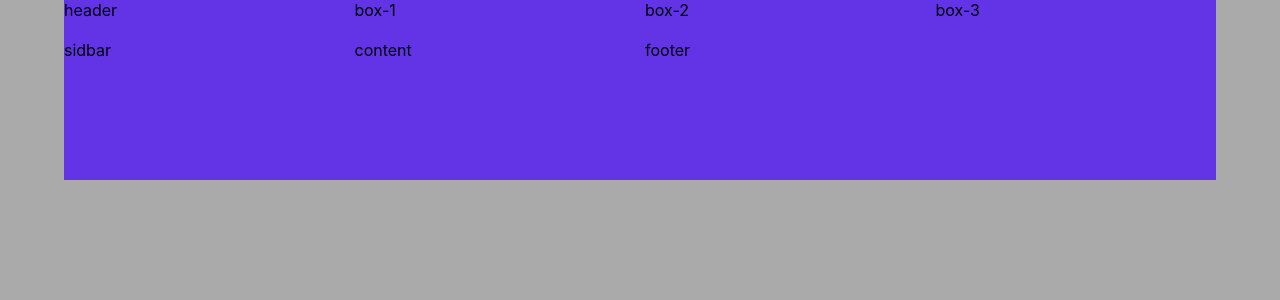
Repository: SD-Mdouka/project_step
Page: /
The author's editor kept a copy of each file at every save. The page is drawn from the files as they stood at one save, then again after the next save.
The browser window is 1280 px wide. The pictures show the whole page.
The project was rebuilt for these pictures with package versions that can differ from the ones it lists, and the page was loaded fresh each time.

Above is the page before, as saved 2022-09-07 12:26:02.

### src/index.js
import React from "react";
import ReactDOM from "react-dom/client";
import "./index.css";
import App from "./Grid";
// import { AppBar, Toolbar, Typography } from "@material-ui/core";

const root = ReactDOM.createRoot(document.getElementById("root"));
root.render(
  <React.StrictMode>
    {/* <AppBar>
      <Toolbar>
        <Typography varient="h6">React app</Typography>
      </Toolbar>
    </AppBar> */}
    <App />
  </React.StrictMode>
);

### src/index.css
body {
    background-color: #aaa;
    margin: 0;
    font-family: -apple-system, BlinkMacSystemFont, "Segoe UI", "Roboto", "Oxygen", "Ubuntu", "Cantarell", "Fira Sans", "Droid Sans", "Helvetica Neue", sans-serif;
    -webkit-font-smoothing: antialiased;
    -moz-osx-font-smoothing: grayscale;
}

code {
    font-family: source-code-pro, Menlo, Monaco, Consolas, "Courier New", monospace;
}

.App-Project {
    margin-top: 50px;
    margin-inline: 40% !important;
}

.cirecle {
    width: 29px;
    height: 29px;
    line-height: 25px;
    background-color: blue;
    color: white;
    border-radius: 50%;
    -webkit-border-radius: 50%;
    -moz-border-radius: 50%;
    -ms-border-radius: 50%;
    -o-border-radius: 50%;
    border: 2px solid transparent;
    text-align: center;
    cursor: pointer;
    background-clip: padding-box;
    -webkit-background-clip: padding-box;
}

.stepsWrapp {
    display: flex;
    margin-bottom: 20px;
    text-align: center;
}

.stepeBlock {
    flex-grow: 1;
}

.stepeBlock .circleWrapper {
    padding: 0px 20px;
    position: relative;
}

.selected .cirecle {
    color: black;
    background-color: white;
    border: 1px solid blue;
}

.stepeBlock:not(:last-child)>.circleWrapper::after {
    content: "";
    width: 100%;
    height: 2px;
    position: absolute;
    top: 0px;
    bottom: 0px;
    background-color: blue;
    margin: auto;
    z-index: -1;
}

.stepeBlock:not(:last-child)>.circleWrapper::after {
    height: 3px;
    opacity: 1;
}

.stepeBlock:not(:last-child).selected>.circleWrapper::after,
.stepeBlock:not(:last-child).selected~.stepeBlock:not(:last-child)>.circleWrapper::after {
    height: 2px;
    opacity: 0.3;
}

.pages {
    margin: 0 40%;
}

.primaryBtn {
    padding: 10px 25px !important;
    background-color: blue !important;
    border: none !important;
    margin: 10px !important;
    color: white !important;
    border-radius: 4px !important;
    -webkit-border-radius: 4px !important;
    -moz-border-radius: 4px !important;
    -ms-border-radius: 4px !important;
    -o-border-radius: 4px !important;
    cursor: pointer !important;
}

### src/Grid.js
import React from "react";
import "./style-grid.css";

const Grid = () => {
  return (
    <div>
      <div className="container">
        <div className="header">header</div>
        <div className="box-1">box-1</div>
        <div className="box-2">box-2</div>
        <div className="box-3">box-3</div>
        <div className="sidbar">sidbar</div>
        <div className="content">content</div>
        <div className="footer">footer</div>
      </div>
    </div>
  );
};
export default Grid;

### src/style-grid.css
.container {
    width: 90%;
    height: 100%;
    margin: 0 auto;
    display: grid;
    grid-template-columns: repeat(4, 1fr);
    grid-template-rows: repeat(5, 1fr);
    background-color: rgb(99, 51, 230);
    grid-row-gap: 20px;
    grid-column-gap: 10px;
}

.header {}

Loaded but not shown: public/index.html (common file)

After the next save:
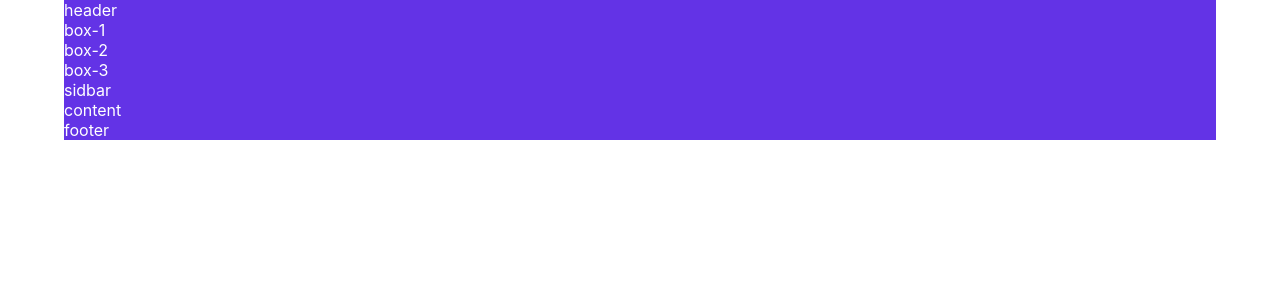
Saved 6 min 39 s later.
--- a/src/style-grid.css
+++ b/src/style-grid.css
@@ -1,13 +1,13 @@
 .container {
+    background-color: #fff;
+    min-height: 100vh;
+}
+
+.container>* {
     width: 90%;
-    height: 100%;
     margin: 0 auto;
-    display: grid;
-    grid-template-columns: repeat(4, 1fr);
-    grid-template-rows: repeat(5, 1fr);
+    color: #fff;
     background-color: rgb(99, 51, 230);
-    grid-row-gap: 20px;
-    grid-column-gap: 10px;
 }
 
 .header {}
